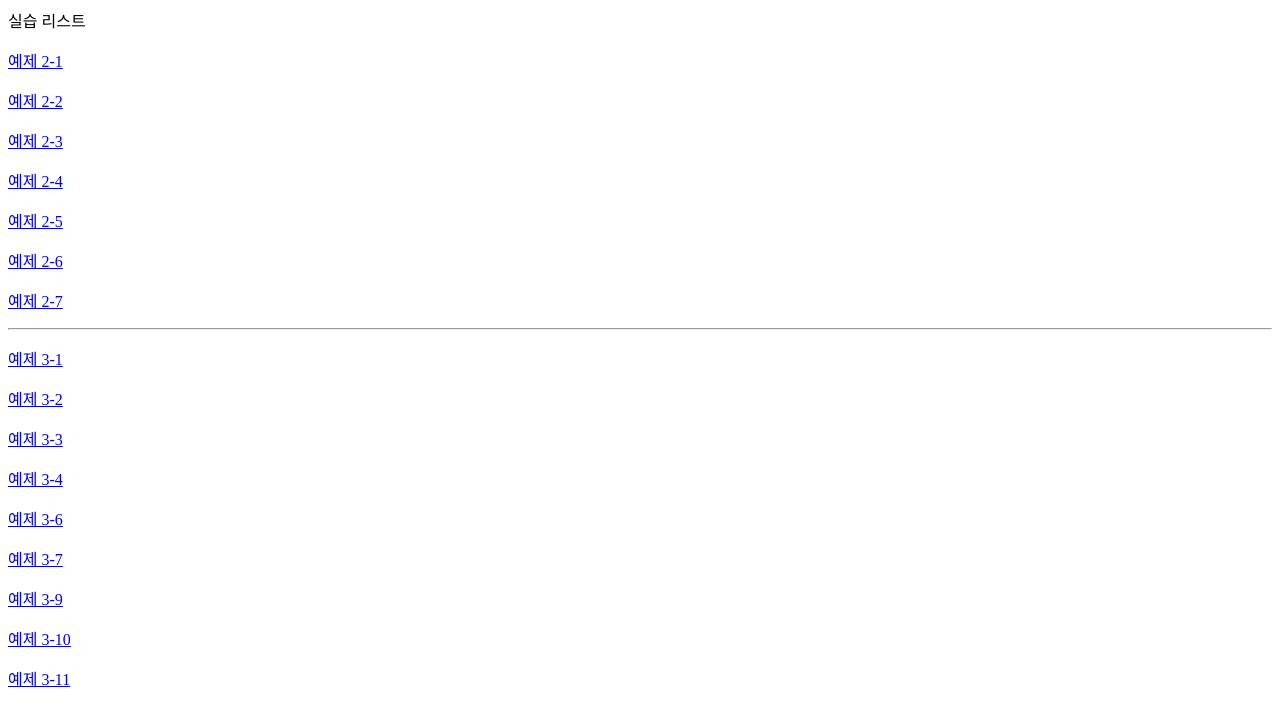
Repository: ezooo/JSP
Page: http://localhost/jspbook/
An editor plug-in stored every save of this project. The page is shown before and after the next save, followed by the edit.
The browser window is 1280 px wide. The pictures show the whole page.
The page is served by Tomcat 10.

Above is the page before, as saved 2024-10-10 00:49:33.

After the next save:
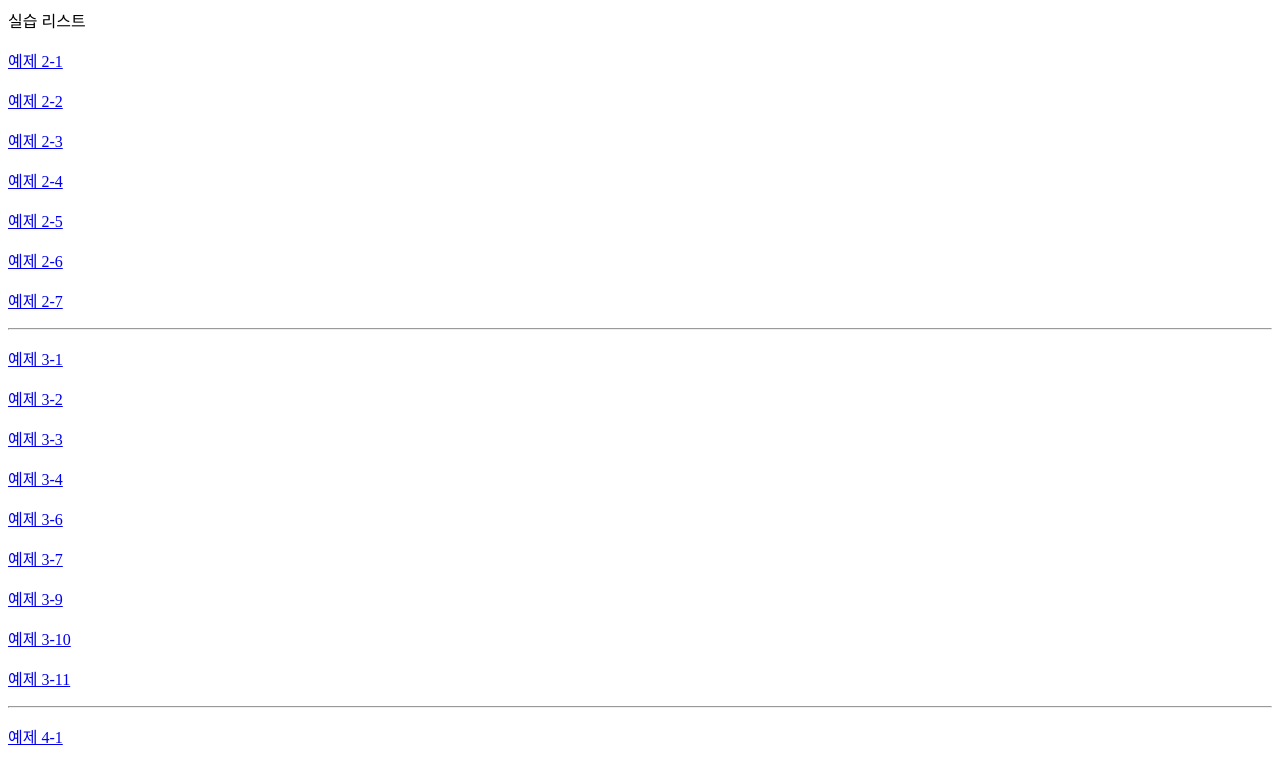
Saved 59 s later.
--- a/jspbook/src/main/webapp/index.jsp
+++ b/jspbook/src/main/webapp/index.jsp
@@ -15,7 +15,7 @@
 	<p><a href="2_5">예제 2-5</a></p>
 	<p><a href="2_6">예제 2-6</a></p>
 	<p><a href="2_7">예제 2-7</a></p>
-	<hr>
+	<hr></hr>
 	<p><a href="3_1">예제 3-1</a></p>
 	<p><a href="3_2">예제 3-2</a></p>
 	<p><a href="3_3">예제 3-3</a></p>
@@ -25,5 +25,8 @@
 	<p><a href="3_9">예제 3-9</a></p>
 	<p><a href="3_10">예제 3-10</a></p>
 	<p><a href="3_11">예제 3-11</a></p>
+
+	<hr></hr>
+	<p><a href="4_1">예제 4-1</a></p>
 </body>
 </html>
